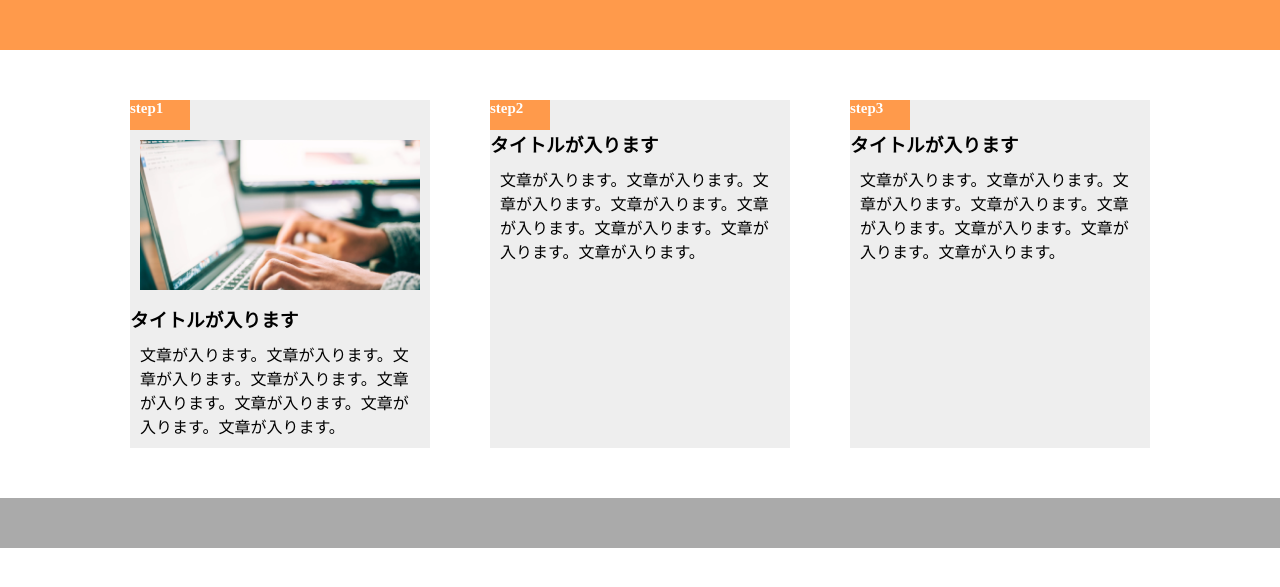
Repository: Kadaisakusei/Bookers2debug-
Page: Assignment1/main.html
The author's editor kept a record of every edit. The page is drawn from the files as they stood at one moment, then again after the next edit.
The browser window is 1280 px wide. The pictures show the whole page.

Above is the page before.

### Assignment1/main.html
<!DOCTYPE HTML>
<html lang="ja">
  <head>
    <meta charset="UTF-8" />
    <link rel="stylesheet" href="add.css" />
    <title>課題１</title>
  </head>

<div class="bar-top"></div>

  <main>
    <div class="contents">
      <h1 class="step">step1</h1>
        <div class="image1"></div>
        <h3>タイトルが入ります</h3>
        <div class="text">文章が入ります。文章が入ります。文章が入ります。文章が入ります。文章が入ります。文章が入ります。文章が入ります。文章が入ります。</div>
    </div>

    <div class="contents">
      <h1 class="step">step2</h1>
        <div class="image"></div>
        <h3>タイトルが入ります</h3>
        <div class="text">文章が入ります。文章が入ります。文章が入ります。文章が入ります。文章が入ります。文章が入ります。文章が入ります。文章が入ります。</div>
    </div>

    <div class="contents">
      <h1 class="step">step3</h1>
        <div class="image"></div>
        <h3>タイトルが入ります</h3>
        <div class="text">文章が入ります。文章が入ります。文章が入ります。文章が入ります。文章が入ります。文章が入ります。文章が入ります。文章が入ります。</div>
    </div>





  </main>

<div class="bar-under"></div>

### Assignment1/add.css
* {
  margin: 0;
  padding: 0;
  box-sizing: border-box;
}

.bar-top{
  width: 100%;
  height: 50px;
  background-color: #FF9A4B
}

 main{
  width: 960px;
  display: flex;
  justify-content: center;
  margin: 0 auto;
}

.contents{
  width: 300px;
  margin: 50px 30px;
  background-color: #EEEEEE
}

.title{
  padding-left: 10px;
  margin-bottom: 5px;
}

.text{
  padding: 10px;
}

.step{
  font-size: 15px;
  color: #FFFFFF;
  width: 60px;
  height: 30px;
  background-color: #FF9A4B
}

.image1 {
  height: 150px;
  margin: 10px 10px 15px 10px;
  background-image: url(img-Assignment1/flow01.png);
  background-size: cover;
}

.image2 {
  height: 150px;
  margin: 10px 10px 15px 10px;
  background-image: url(img-Assignment1/flow02.png);
  background-size: cover;
}

.image3 {
  height: 150px;
  margin: 10px 10px 15px 10px;
  background-image: url(img-Assignment1/flow03.png);
  background-size: cover;
}



.text{
  width: 300px
}

.bar-under{
  height: 50px;
  background-color: #AAAAAA
}


@media screen and (max-width: 425px) {
.contents {
  width: 100%;
  display: block
}

.contents2{
  width: 100%;
  display: block
}

.contents3{
  width: 100%;
  display: block
}

}

After the next edit:
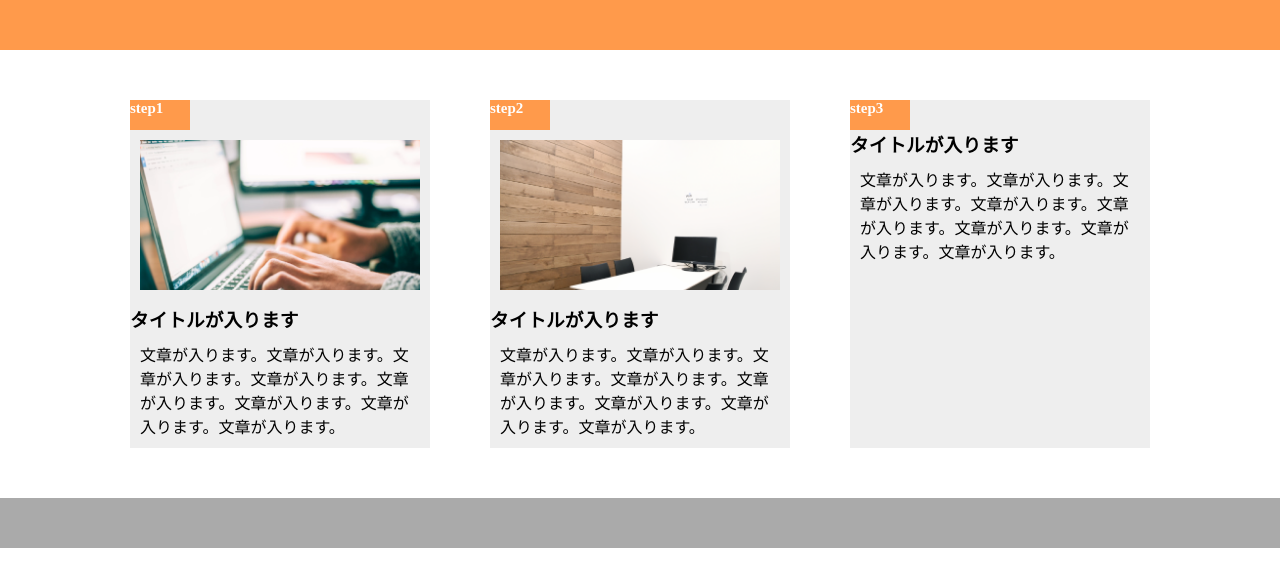
The edit:
--- a/Assignment1/main.html
+++ b/Assignment1/main.html
@@ -18,7 +18,7 @@
 
     <div class="contents">
       <h1 class="step">step2</h1>
-        <div class="image"></div>
+        <div class="image2"></div>
         <h3>タイトルが入ります</h3>
         <div class="text">文章が入ります。文章が入ります。文章が入ります。文章が入ります。文章が入ります。文章が入ります。文章が入ります。文章が入ります。</div>
     </div>
